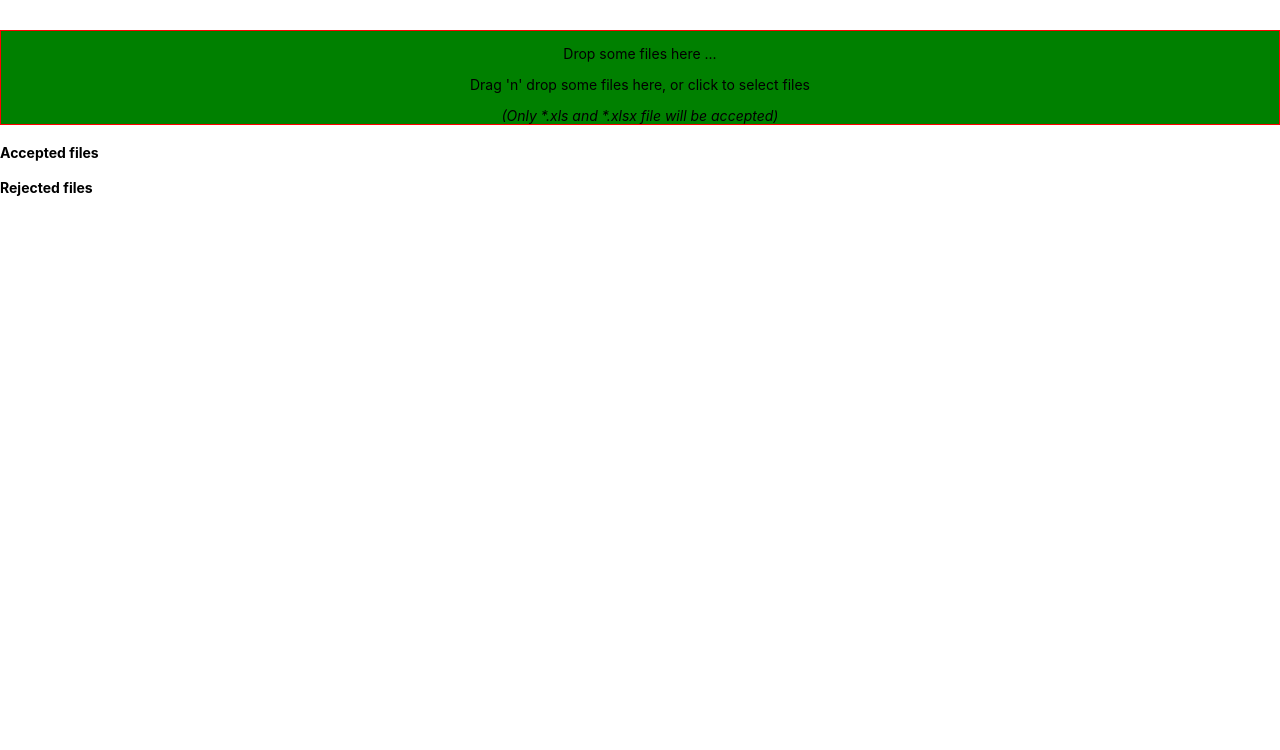
Repository: enigmawxy/abi2020
Page: /
These files come from the project's save history. The page is drawn as it stood at one moment and after the next save; the edit follows.
The browser window is 1280 px wide. The pictures show the whole page.
The page's requests for data from a server got no answer. The project was rebuilt for these pictures with package versions that can differ from the ones it lists, and the page was loaded fresh each time. No one was signed in, and anything a server would have sent is missing. Also part of the build but not shown: src/components/login/login.scss, src/components/login/login.jsx, src/common/header.scss, src/common/header.jsx, src/common/footer.scss, src/common/footer.jsx, src/components/register/content.scss, src/components/register/content.jsx and 3 more.

Above is the page before, as saved 2020-08-19 10:41:28.

After the next save:
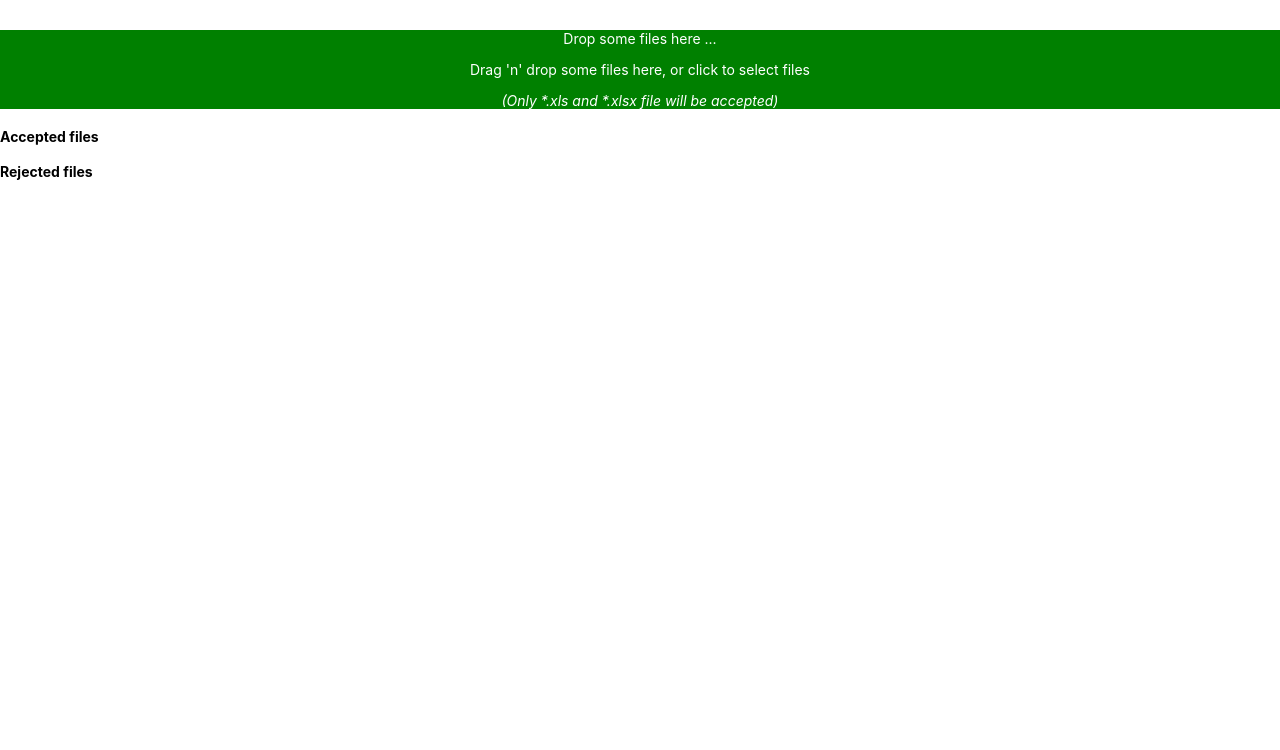
Saved 32 s later.
--- a/src/common/Accept.scss
+++ b/src/common/Accept.scss
@@ -4,10 +4,9 @@
     margin-top: 30px;
     .dropzone {
         background: green;
-        border: 1px solid red;
         text-align: center;
         p, em {
-            color: black;
+            color: #fff;
         }
     }
 }
